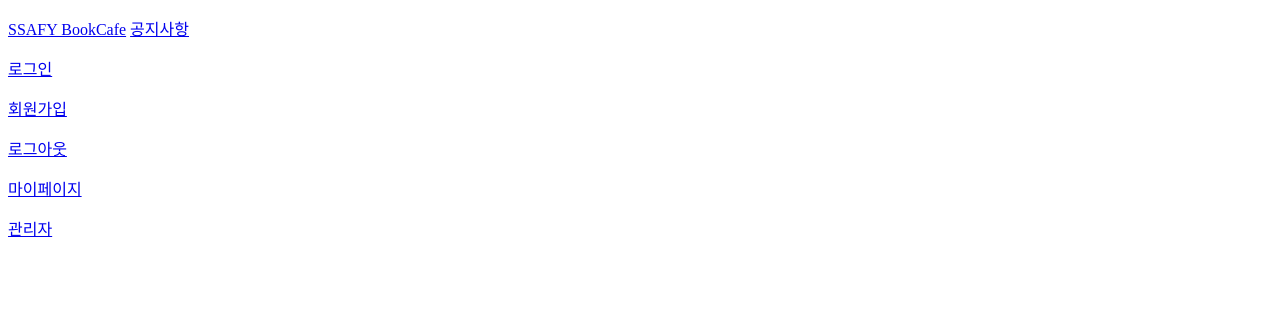
Repository: kjungyoun/Web_Study_2021
Page: web_front/WebContent/workshop0302/index.html
An editor plug-in stored every save of this project. The page is shown before and after the next save, followed by the edit.
The browser window is 1280 px wide. The pictures show the whole page.

Above is the page before, as saved 2021-03-02 07:55:03.

### web_front/WebContent/workshop0302/index.html
<!DOCTYPE html>
<html>
<head>
<meta charset="UTF-8">
<title>SSAFY BOOK CAFE</title>
</head>
<body>
<header>
	<p>
		<a href="index.html"> SSAFY BookCafe</a>
		<a href="index.html"> 공지사항</a>
	</p>
	<p>
		<a href="login.html">로그인</a>
	</p>
	<p>
		<a href="assign.html">회원가입</a>
	</p>
	<p>
		<a href="logout.html">로그아웃</a>
	</p>
	<p>
		<a href="mypage.html">마이페이지</a>
	</p>
	<p>
		<a href="admin.html">관리자</a>
	</p>
</header>

</body>
</html>

After the next save:
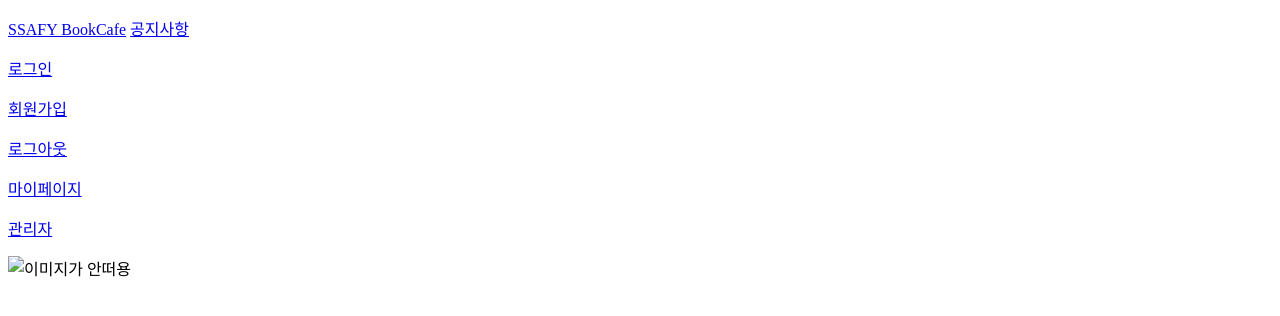
Saved 69 s later.
--- a/web_front/WebContent/workshop0302/index.html
+++ b/web_front/WebContent/workshop0302/index.html
@@ -25,6 +25,9 @@
 	<p>
 		<a href="admin.html">관리자</a>
 	</p>
+	<p>
+		<img alt="이미지가 안떠용" src="">
+	</p>
 </header>
 
 </body>
